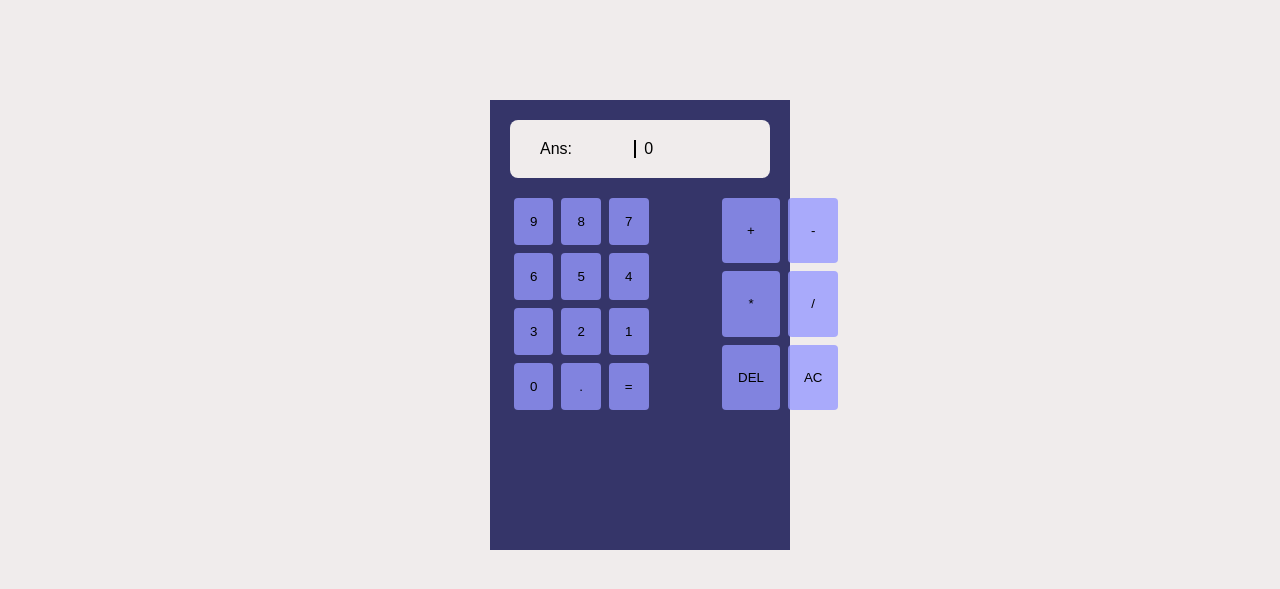
Repository: Bishek666/simple-calculator
Page: /
An editor plug-in stored every save of this project. The page is shown before and after the next save, followed by the edit.
The browser window is 1280 px wide. The pictures show the whole page.
The project was rebuilt for these pictures with package versions that can differ from the ones it lists, and the page was loaded fresh each time.

Above is the page before, as saved 2021-10-26 17:04:46.

### src/index.css
:root {
    --primary: #030546c9;
    --secondary: #9699ffc9;
    --dark: #0908088a;
    --light: rgb(240, 236, 236);
}

* {
    margin: 0;
    padding: 0;
    box-sizing: border-box;
    font-family: sans-serif;
}

body {
    background-color: var(--light);
}

button {
    display: inline-block;
    padding: 1rem;
    margin: 4px;
    background-color: var(--secondary);
    outline: none;
    border: transparent;
    border-radius: 4px;
    cursor: pointer;
}

.container-calculator {
    display: flex;
    flex-direction: column;
    align-items: start;
    justify-content: start;
    background-color: var(--primary);
    height: 450px;
    width: 300px;
    margin: 100px auto;
    padding: 20px;
}

.display-calculation {
    display: flex;
    justify-content: space-between;
    align-items: center;
    padding: 20px 30px;
    width: 100%;
    background-color: var(--light);
    border-radius: 8px;
    margin-bottom: 1rem;
}
.answer-area {
    width: 50%;
    border-right: 2px solid black;
    padding-right: 8px;
    margin-right: 8px;
}
.calculation-area {
    width: 50%;
}

.button-input {
    display: flex;
    justify-content: space-between;
    width: 100%;
}

.digits {
    display: grid;
    grid-template-columns: repeat(3, 1fr);
    width: 40%;
}

.operators {
    display: grid;
    grid-template-columns: repeat(2, 1fr);
    width: 20%;
}

### src/App.js
import { useState } from 'react';

function App() {
    const [calc, setCalc] = useState('');
    const [result, setResult] = useState('');

    const ops = ['/', '*', '+', '-', '.'];

    const updateCalc = (value) => {
        if ((ops.includes(value) && calc && !result === '') || (ops.includes(value) && ops.includes(calc.slice(-1)) && !result === '')) {
            return;
        }
        setCalc(calc + value);

        if (!ops.includes(value)) {
            setResult(eval(calc + value).toString());
        }
    };

    const calculate = () => {
        if (calc) {
            setCalc(eval(calc).toString());
        }

        if (!result && !calc === '') {
            return;
        }
        if (result && !calc) {
            setCalc(result);
        }
    };

    const deleteLastValue = () => {
        if (calc === '') {
            return;
        }

        setCalc(calc.slice(0, -1));
    };

    const resetAll = () => {
        if (calc === '') {
            return;
        }

        setCalc('');
    };

    const addDigits = () => {
        const digits = [];

        for (let i = 1; i < 10; i++) {
            digits.unshift(
                <button onClick={() => updateCalc(i.toString())} key={i}>
                    {i}
                </button>
            );
        }

        return digits;
    };
    return (
        <div className='container-calculator'>
            <div className='display-calculation'>
                <div className='answer-area'>Ans:{result ? <span>({result})</span> : ''}</div>

                <div className='calculation-area'>{calc || '0'}</div>
            </div>
            <div className='button-input'>
                <div className='digits'>
                    {addDigits()}
                    <button onClick={() => updateCalc('0')}>0</button>
                    <button onClick={() => updateCalc('.')}>.</button>
                    <button onClick={calculate}>=</button>
                </div>
                <div className='operators'>
                    <button onClick={() => updateCalc('+')}>+</button>
                    <button onClick={() => updateCalc('-')}>-</button>
                    <button onClick={() => updateCalc('*')}>*</button>
                    <button onClick={() => updateCalc('/')}>/</button>
                    <button onClick={() => deleteLastValue()}>DEL</button>
                    <button onClick={() => resetAll()}>AC</button>
                </div>
            </div>
        </div>
    );
}

export default App;

Loaded but not shown: public/index.html (common file); src/index.js (common file)

After the next save:
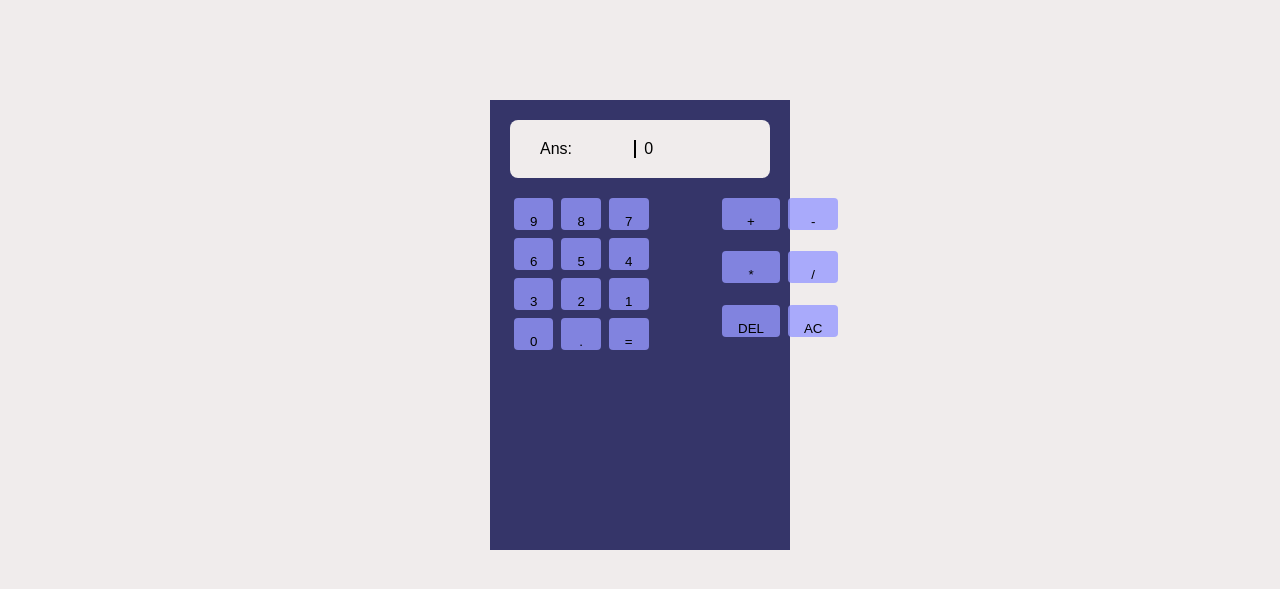
Saved 25 s later.
--- a/src/index.css
+++ b/src/index.css
@@ -25,6 +25,7 @@
     border: transparent;
     border-radius: 4px;
     cursor: pointer;
+    height: 20px;
 }
 
 .container-calculator {

After the save that followed:
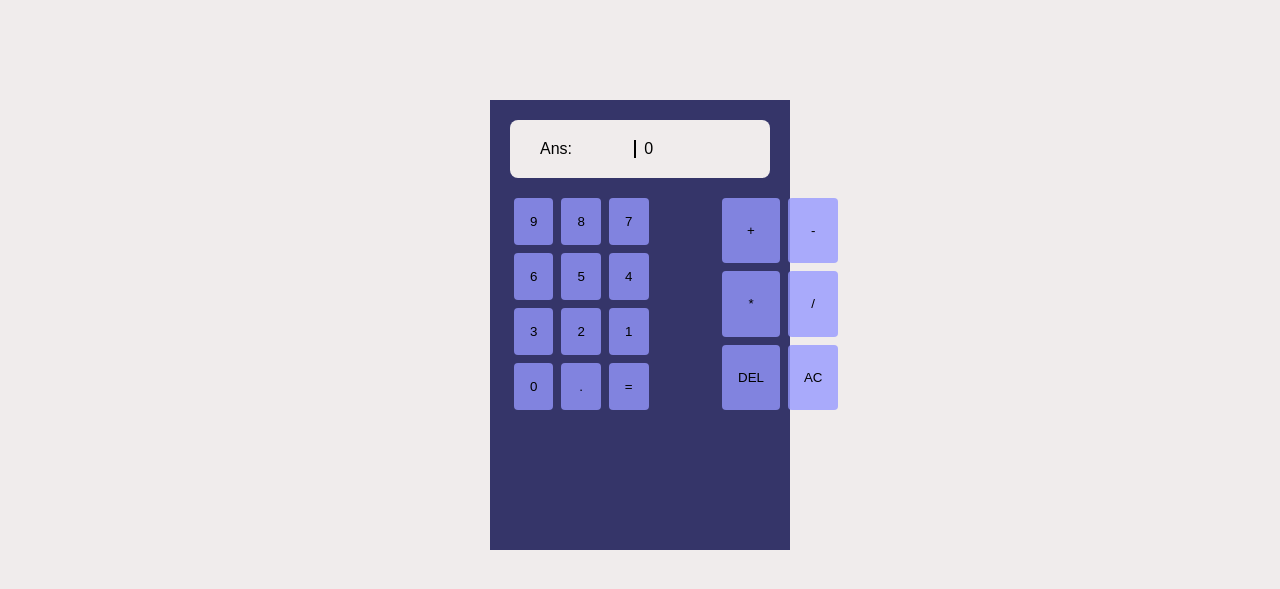
Saved 6 s later.
--- a/src/index.css
+++ b/src/index.css
@@ -25,7 +25,6 @@
     border: transparent;
     border-radius: 4px;
     cursor: pointer;
-    height: 20px;
 }
 
 .container-calculator {
